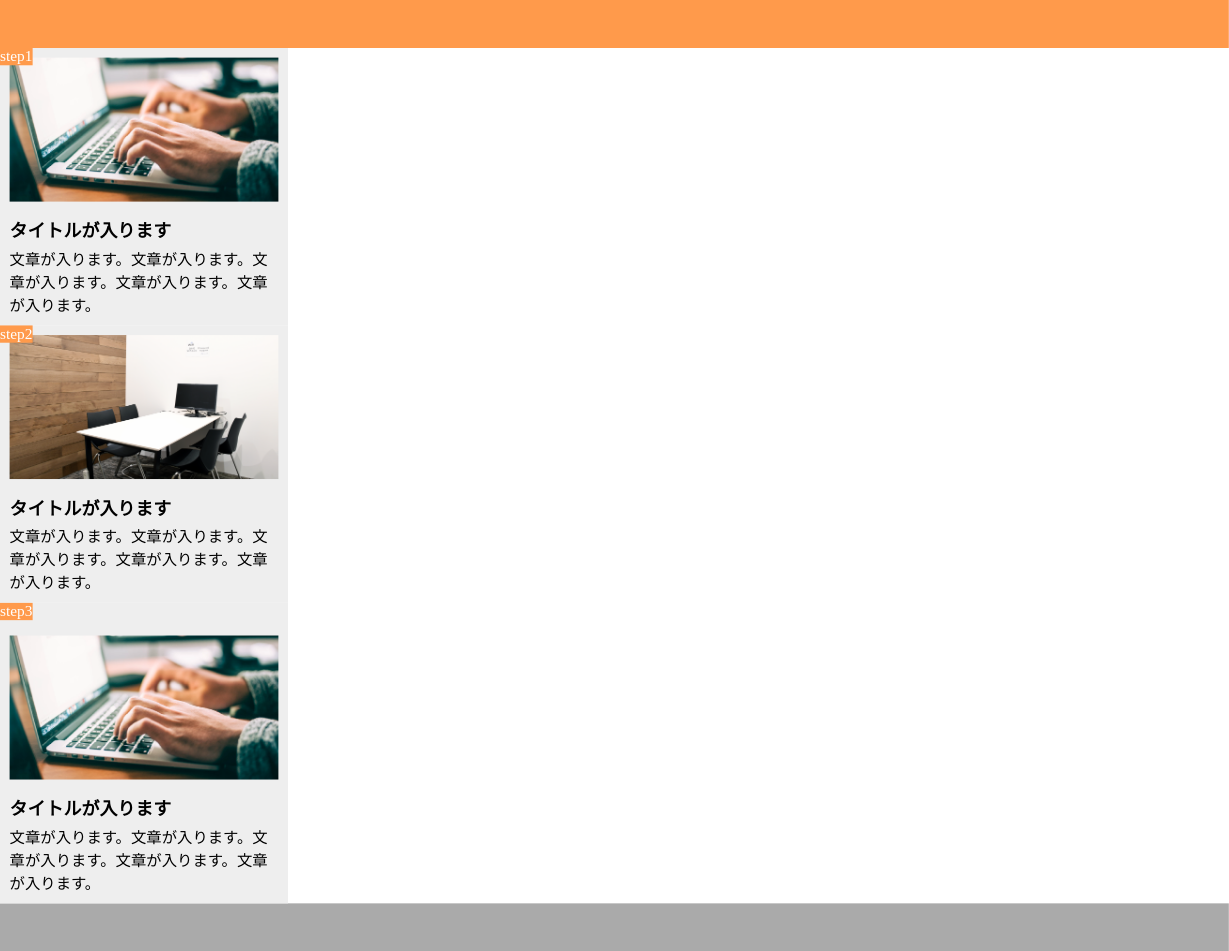
Repository: trmtmy/debug2
Page: chapter9/chapter9.html
The author's editor kept a record of every edit. The page is drawn from the files as they stood at one moment, then again after the next edit.
The browser window is 1280 px wide. The pictures show the whole page, at 96% of full size.
Some web libraries are served in a nearby version.

Above is the page before.

### chapter9/chapter9.html
<!DOCTYPE html>
<html lang="ja">
  <head>
    <meta charset="UTF-8" />
    <!-- FontAwesomeの読み込み -->
    <script src="https://kit.fontawesome.com/0393e2e04e.js" crossorigin="anonymous"></script>
    <!-- CSSファイルの読み込み -->
    <link rel="stylesheet" href="chapter9.css" />
    <title>9章</title>
  </head>

  <body>

<header>
  <div class="header"></div>
</header>

<div class="main">
  <div class="box">
    <div class="img1"></div>
    <span class="step">step1</span>
    <h3 class="title">タイトルが入ります</h3>
    <p class="text">文章が入ります。文章が入ります。文章が入ります。文章が入ります。文章が入ります。</p>
  </div>

  <div class="box">
    <div class="img2"></div>
    <span class="step">step2</span>
    <h3 class="title">タイトルが入ります</h3>
    <p class="text">文章が入ります。文章が入ります。文章が入ります。文章が入ります。文章が入ります。</p>
  </div>
  </div>

  <div class="box">
  　 <div class="img1"></div>
    <span class="step">step3</span>
    <h3 class="title">タイトルが入ります</h3>
    <p class="text">文章が入ります。文章が入ります。文章が入ります。文章が入ります。文章が入ります。</p>
  </div>
  </div>

</main>

<footer>
  <div class="footer">

  </div>
</footer>

  </body>
</html>

<a href="mailto:"></a>

### chapter9/chapter9.css
*{
  margin: 0;
  padding:  0;
  box-sizing: border-box;
}

header {
  background-color: #FF9A4B;
  height: 50px;
}

main {
width: 960px;
margin: 50px auto;
display: flex;
}

.box {
  width: 300px;
  margin-right: 30px;
  padding: 10px;
  position: relative;
  background-color: #EEEEEE;
}

.box:last-child {
  margin-right: 0;
}



.img1 {
  height: 150px;
  background-image: url(flow01.png);
  background-size: cover;
  background-position: bottom;
}


.img2 {
  height: 150px;
  background-image: url(flow02.png);
  background-size: cover;
  background-position: bottom;
}

.img3 {
  height: 150px;
  background-image: url(flow03.png);
  background-size: cover;
  background-position: bottom;
}

.step {
  position: absolute;
  top: 0;
  left: 0;
  background-color: #ff9a4b;
  color: #fff;
}

.title {
  margin: 15px 0 5px;
}

.footer {
  background-color: #AAAAAA;
  height: 50px;
}

@media screen and (max-width: 768px) {

  header {
    width: 100%;
  }

  main {
    width: 100%;
  display: block;
  margintop: 50px;

  }

  .box {
    width: 90%;
    margin: 0 auto;

  }

  .img1 {
    width:100%;
    height: 150px;

  }
  .img2 {
    width: 100%;
    height:150px;

  }
  .img3 {
    width: 100%;
    height: 150px;

  }

  .title {
    width: 100%;
  }

  footer {
    width: 100%;
  }
}

After the next edit:
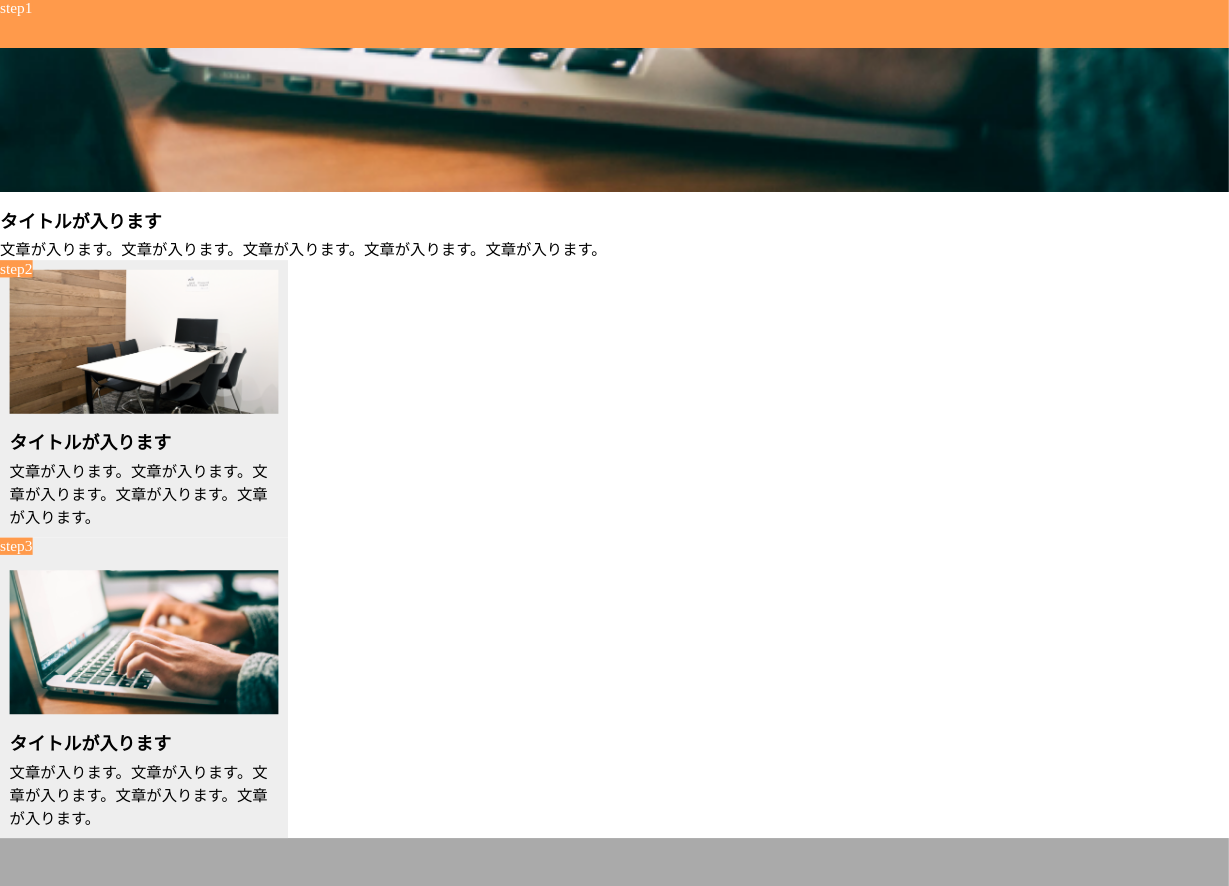
The edit:
--- a/chapter9/chapter9.html
+++ b/chapter9/chapter9.html
@@ -16,7 +16,7 @@
 </header>
 
 <div class="main">
-  <div class="box">
+  <div class="box1">
     <div class="img1"></div>
     <span class="step">step1</span>
     <h3 class="title">タイトルが入ります</h3>
